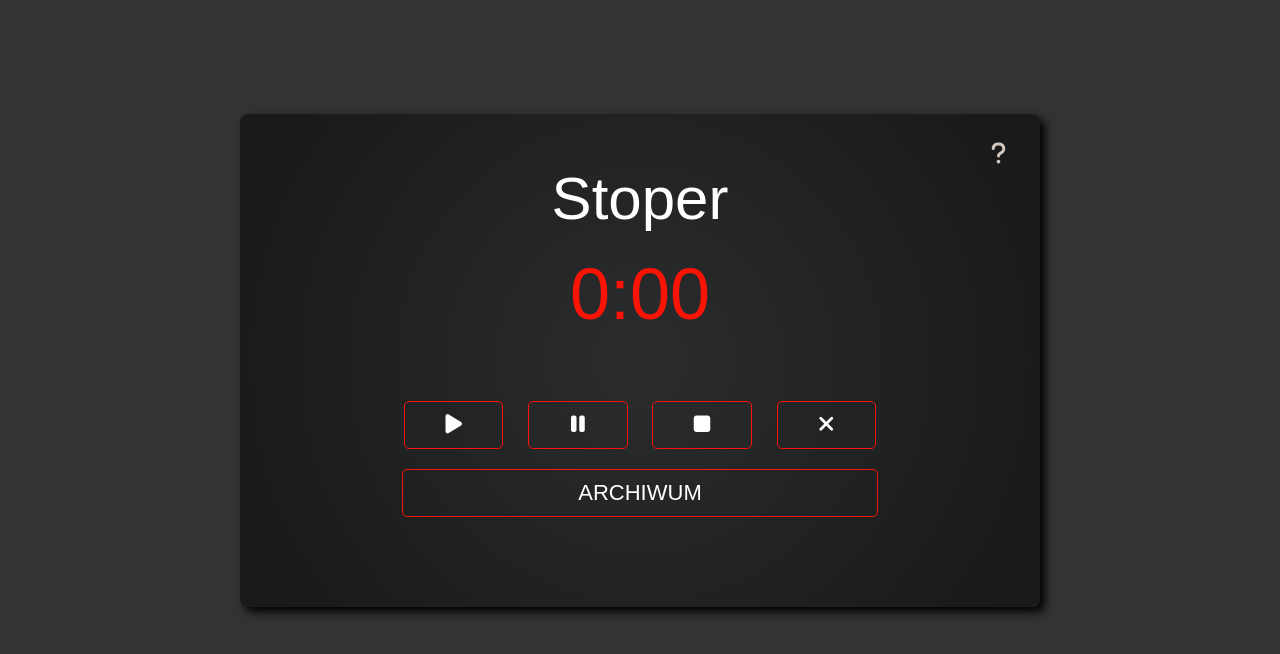
Repository: KrzysKolo/Projekt-5_Stoper
Page: index.html
The author's editor kept a copy of each file at every save. The page is drawn from the files as they stood at one save, then again after the next save.
The browser window is 1280 px wide. The pictures show the whole page.
After loading, the first visible `p.info` was clicked once.
Some web fonts or font styles are not loaded; a fallback is used. Some web libraries are served in a nearby version.

Above is the page before, as saved 2020-07-07 09:49:22.

After the next save:
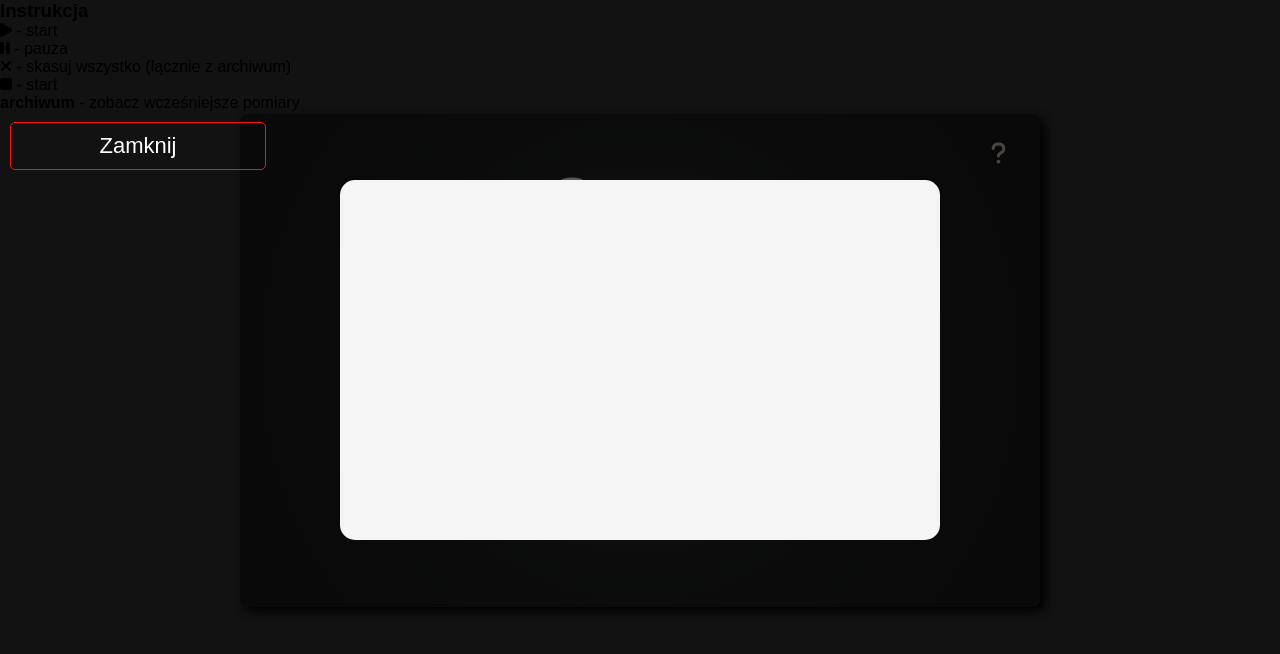
Saved 104 s later.
--- a/js/index.js
+++ b/js/index.js
@@ -71,7 +71,11 @@ const showHistory = () => {
   });
 };
 
-const showModal = () => {};
+const showModal = () => {
+  if (!(modalShadow.style.display === "block")) {
+    modalShadow.style.display = "block";
+  }
+};
 
 startBtn.addEventListener("click", handleStart);
 pauseBtn.addEventListener("click", handlePause);
